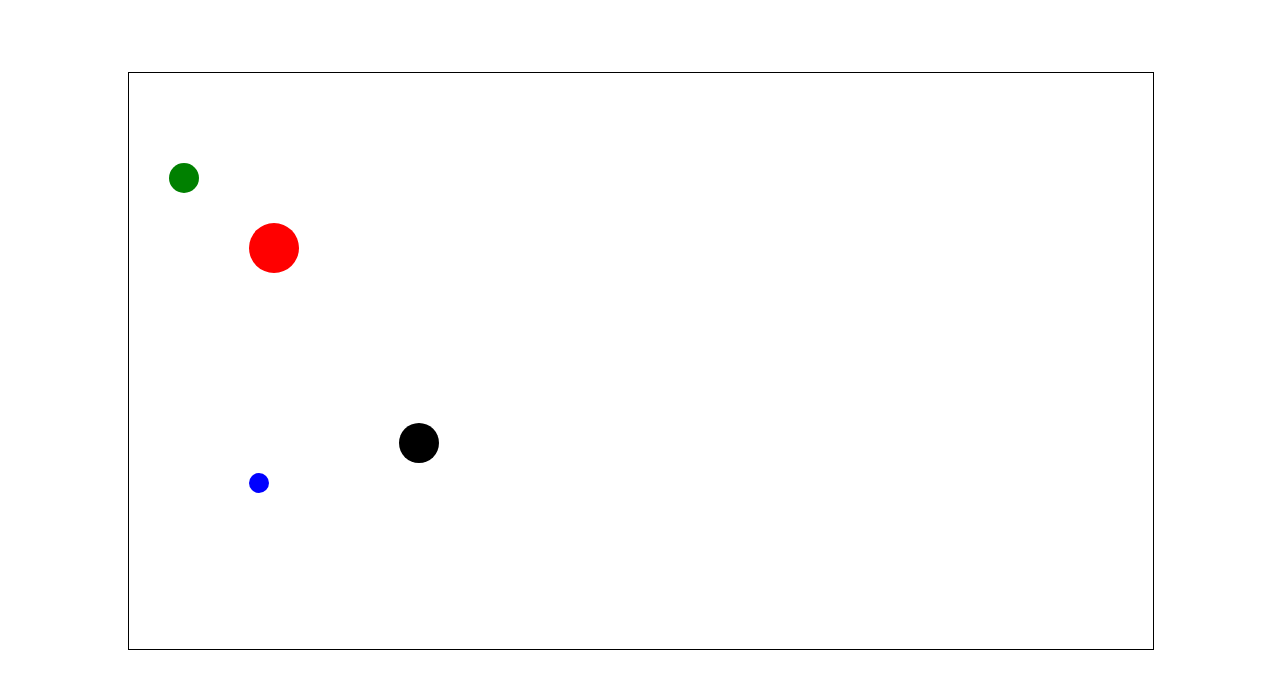
Repository: themoomooo/testgitajout
Page: index.html
An editor plug-in stored every save of this project. The page is shown before and after the next save, followed by the edit.
The browser window is 1280 px wide. The pictures show the whole page.

Above is the page before, as saved 2023-01-23 16:21:00.

After the next save:
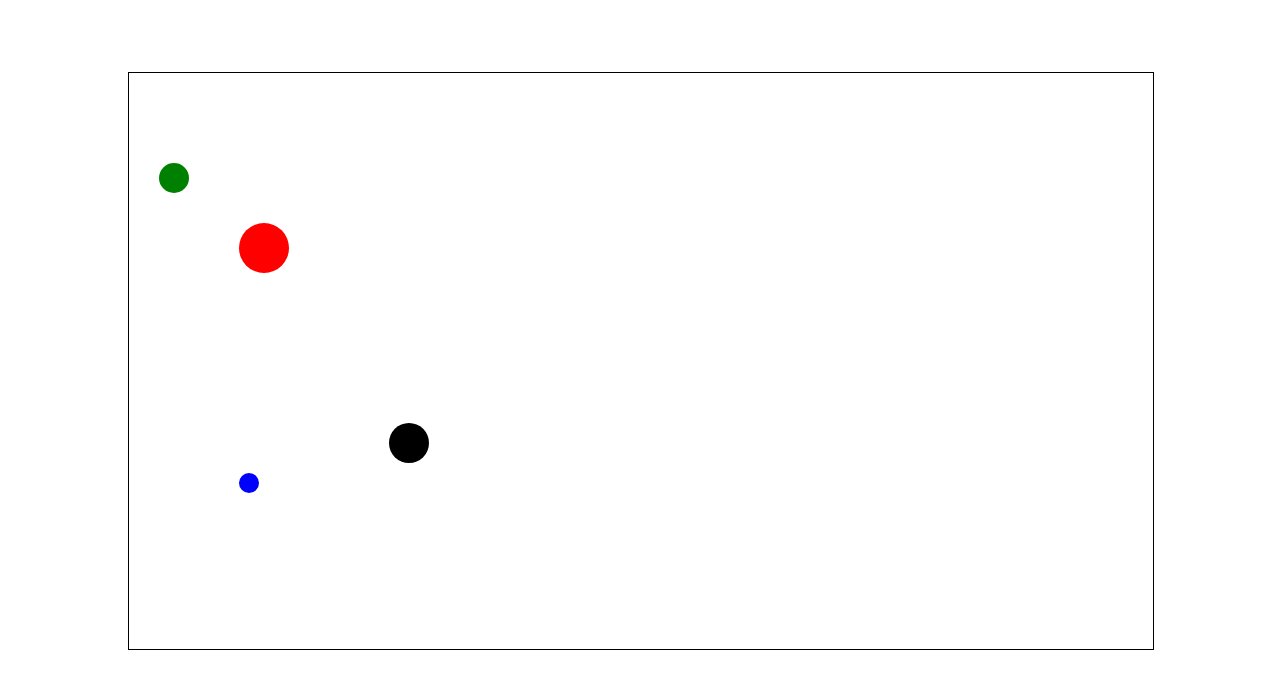
Saved 45 s later.
--- a/main.js
+++ b/main.js
@@ -74,7 +74,7 @@ monprog.add(monBallon2);
 monprog.add(monBallon3);
 monprog.add(monBallon4);
 monprog.run();
-monprog.move();
+
 
 /*
 document.body.append(monBallon.getOjectDom(), monBallon2.getOjectDom());
